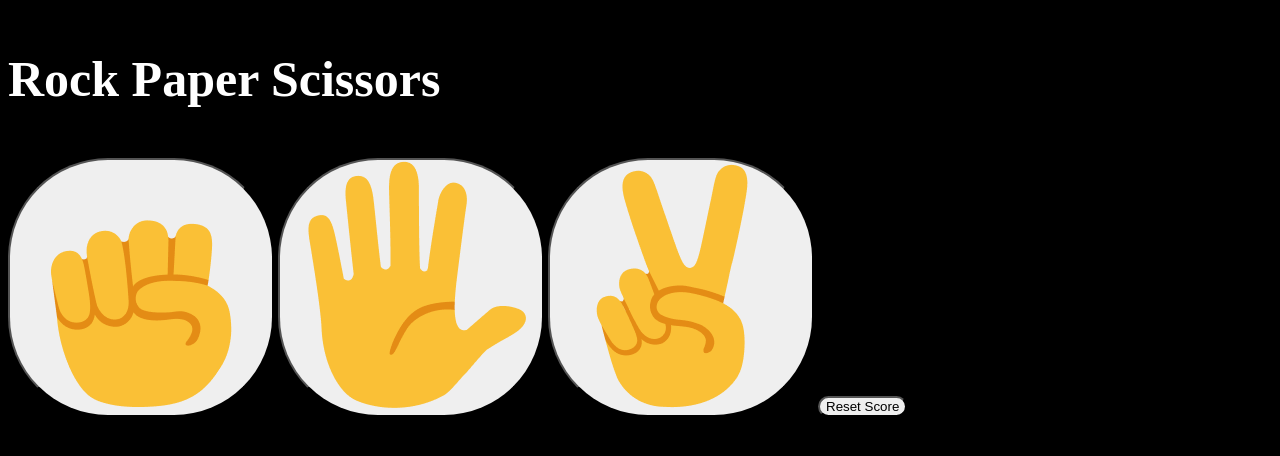
Repository: pgyunknown/Rock_paper_scissors-
Page: index.html
These files come from the project's save history. The page is drawn as it stood at one moment and after a run of saves; the edit follows.
The browser window is 1280 px wide. The pictures show the whole page.

Above is the page before, as saved 2024-08-30 17:01:08.

After the next 3 saves:
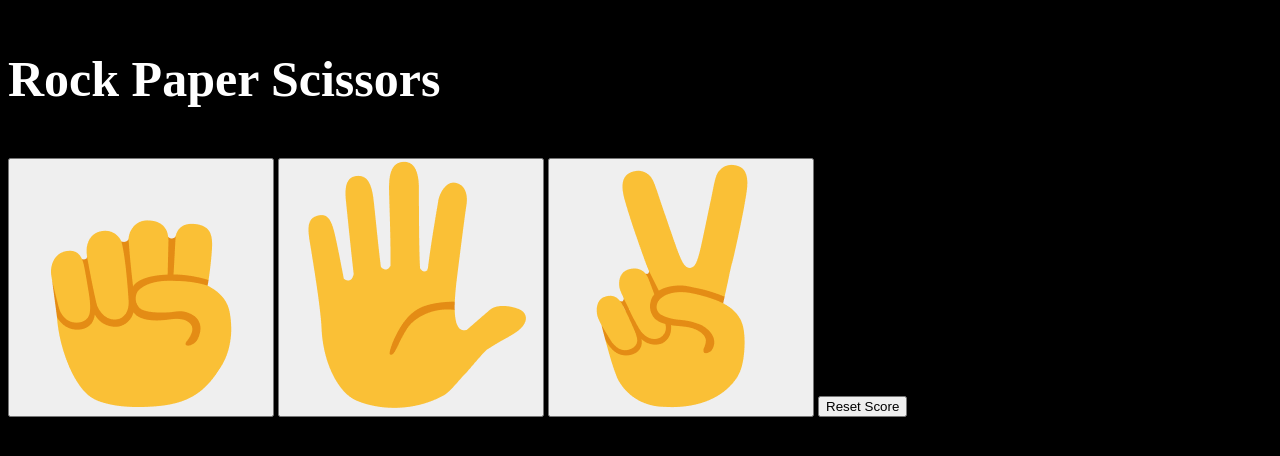
The 3 saves are shown as one change because they came seconds apart.
The last was saved 6 s later.
--- a/index.css
+++ b/index.css
@@ -8,5 +8,5 @@ body{
 }
 
 button{
-  border-radius: 100px;
+
 }
